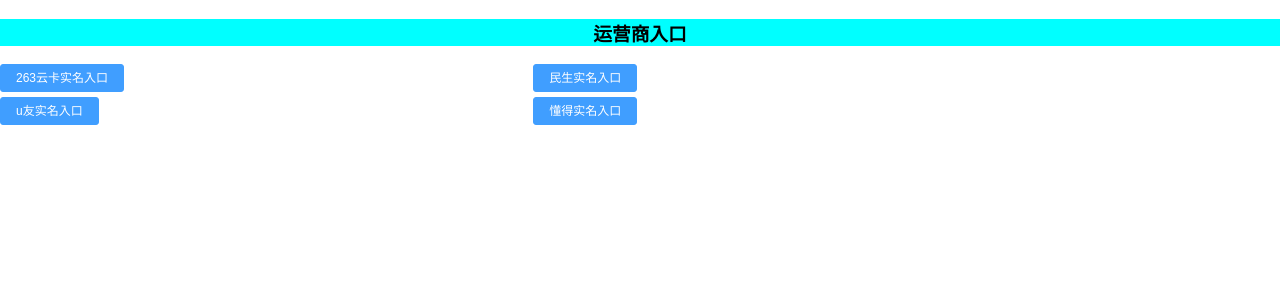
Repository: cmlsir1024/index-test
Page: index.html
These files come from the project's save history. The page is drawn as it stood at one moment and after the next save; the edit follows.
The browser window is 1280 px wide. The pictures show the whole page.

Above is the page before, as saved 2023-10-11 12:28:31.

### index.html
<!DOCTYPE html>
<html lang="en">
  <head>
    <meta charset="UTF-8" />
    <meta http-equiv="X-UA-Compatible" content="IE=edge" />
    <meta name="viewport" content="width=device-width, initial-scale=1.0" />

    <title>运营商入口</title>
    <script src="./js/vue.js"></script>
    <!-- 引入样式 -->
    <!-- <link rel="stylesheet" href="https://unpkg.com/element-ui/lib/theme-chalk/index.css" /> -->
    <!-- 引入组件库 -->
    <!-- <script src="https://unpkg.com/element-ui/lib/index.js"></script> -->
    <!-- <script src="./js/vue.js"></script> -->
    <!-- 引入样式 -->
    <link rel="stylesheet" href="./css/element-ui.css" />
    <!-- 引入组件库 -->
    <script src="./js/element-ui.js"></script>
    <style>
      html,
      body {
        margin: 0px;
        padding: 0px;
        overflow: hidden;
        /* background-color: #5e95dd; */
      }

      .tag {
        width: 60px;
        height: 30px;
        background: #a5bbd8;
        word-wrap: break-word;
        font-size: 12px;
        pointerevents: none;
      }

      .table-man {
        position: absolute;
        right: 10px;
        top: 0px;
        z-index: 999 !important;
      }

      /*最外层透明*/
      .el-table,
      .el-table__expanded-cell {
        /* background-color: transparent; */
        background-color: rgba(255, 255, 255, 0.5);
      }

      /* 表格内背景颜色 */
      .el-table th,
      .el-table tr,
      .el-table td {
        /* background-color: rgba(94, 150, 223); */
      }

      .el-dropdown-link {
        cursor: pointer;
        color: #ffffff;
        font-size: 16px;
      }

      .el-icon-arrow-down {
        font-size: 16px;
      }

      .ListCss {
        margin-top: 10px;
        margin-bottom: 10px;
        /* width: 100%; */
        display: flex;
        justify-content: flex-end;
      }

      .ist-add {
      }
      .icolor {
        color: chartreuse;
      }
      .xiacolor {
        color: dimgrey;
      }

      /* .buttonCss {
      margin-left: 50%;
    } */
      .el-table tr {
        background-color: transparent;
      }
      .box {
        justify-content: center;
      }
      .buttons {
        margin-bottom: 5px;
      }
    </style>
  </head>

  <body>
    <div id="app">
      <h3 style="background-color: aqua; text-align: center">运营商入口</h3>
      <div class="box">
        <el-row>
          <el-col :span="10" v-for="item in dataList">
            <el-button
              class="buttons"
              size="mini"
              @click="handleInfo(item.url)"
              type="primary"
            >
              {{item.name}}
            </el-button>
          </el-col>
        </el-row>

        <el-dialog
          title="扫码进入入口"
          :visible.sync="dialogVisible"
          width="80%"
        >
          <el-image
            style="width: 100px; height: 100px"
            :src="jpgList"
          ></el-image>
          <span slot="footer" class="dialog-footer">
            <el-button @click="dialogVisible = false">取 消</el-button>
            <el-button type="primary" @click="dialogVisible = false">
              确 定
            </el-button>
          </span>
        </el-dialog>
      </div>
    </div>
  </body>

  <script>
    var vm = new Vue({
      el: "#app",

      data: function () {
        return {
          radio1: "",
          dataList: [
            { name: "263云卡实名入口", id: 1, url: "./asstas/1.jpg" },
            { name: "民生实名入口", id: 2, url: "./asstas/2.jpg" },
            { name: "u友实名入口", id: 3, url: "./asstas/3.jpg" },
            { name: "懂得实名入口", id: 4, url: "./asstas/4.jpg" },
          ],
          dialogVisible: false,
          jpgList: "",
        };
      },
      created: function () {},
      mounted: function () {},
      methods: {
        handleInfo(str) {
          console.log(str);
          this.jpgList = str;
          this.dialogVisible = true;
        },
      },
    });
  </script>
</html>

Loaded but not shown: js/vue.js (library); css/element-ui.css (library); js/element-ui.js (library)

After the next save:
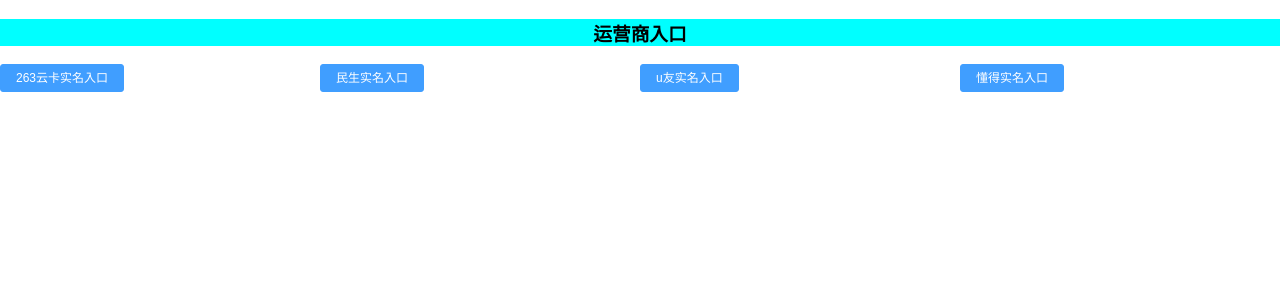
Saved 2 min 3 s later.
--- a/index.html
+++ b/index.html
@@ -102,7 +102,7 @@
       <h3 style="background-color: aqua; text-align: center">运营商入口</h3>
       <div class="box">
         <el-row>
-          <el-col :span="10" v-for="item in dataList">
+          <el-col :span="6" v-for="item in dataList">
             <el-button
               class="buttons"
               size="mini"
